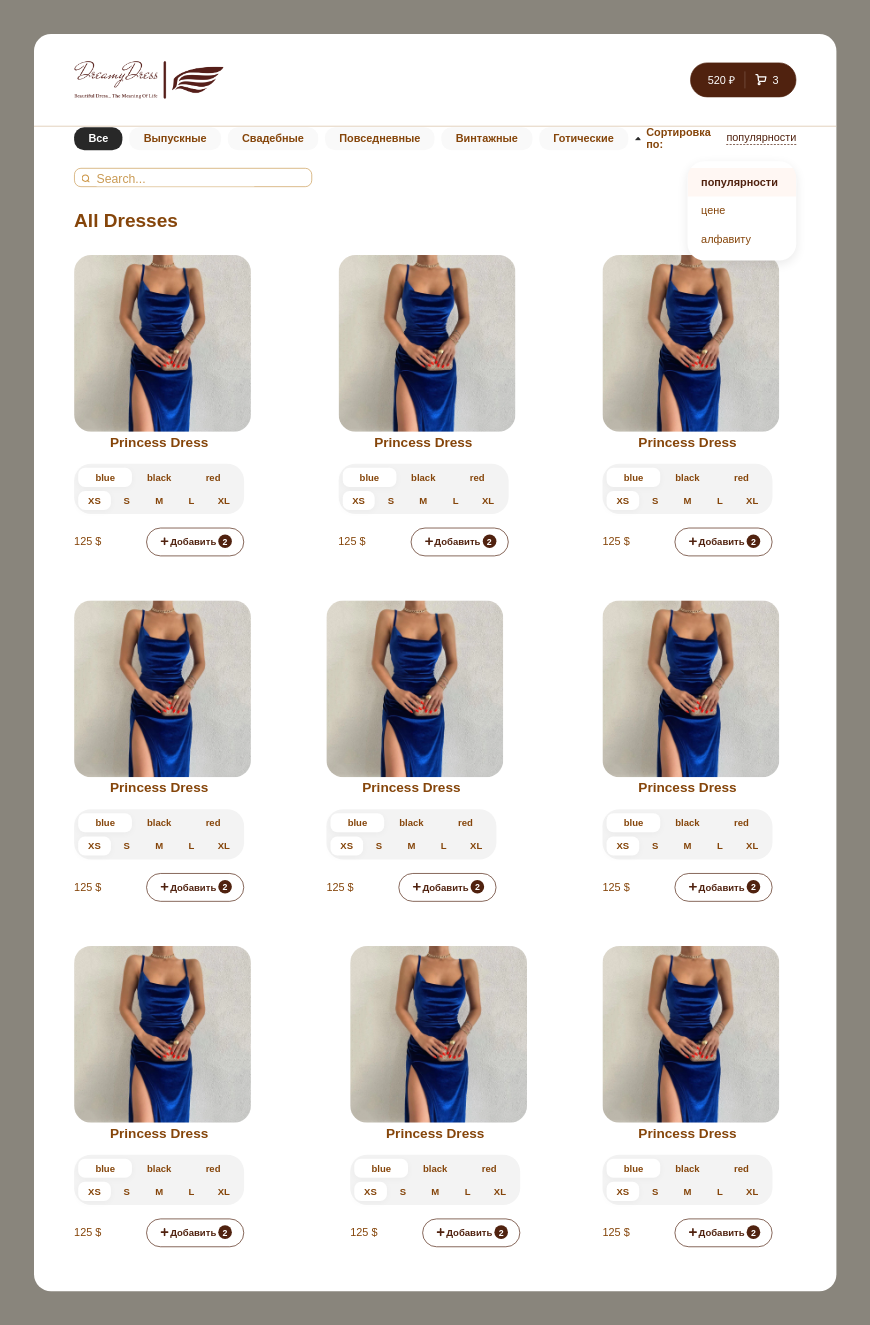
Repository: DisasterWoman/SPA-shop
Page: /
An editor plug-in stored every save of this project. The page is shown before and after the next save, followed by the edit.
The browser window is 1280 px wide. The pictures show the whole page, at 68% of full size.
Some web fonts or font styles are not loaded; a fallback is used. The project was rebuilt for these pictures with package versions that can differ from the ones it lists, and the page was loaded fresh each time.

Above is the page before, as saved 2022-11-29 18:17:08.

### src/App.js
import './scss/app.scss';
import Categories from './components/Categories/Categories';
import DressBlock from './components/DressBlock/DressBlock';
import Header from './components/Header/Header';
import Sort from './components/Sort/Sort';
import SearchBar from './components/SearchBar/SearchBar';

function App() {
  return (
    <div className="wrapper">
      <Header />
      <div className="content">
        <div className="container">
          <div className="content__top">
            <Categories />
            <Sort />
          </div>
          <SearchBar />
          <h2 className="content__title">All Dresses</h2>
          <div className="content__items">
            <DressBlock />
            <DressBlock />
            <DressBlock />
            <DressBlock />
            <DressBlock />
            <DressBlock />
            <DressBlock />
            <DressBlock />
            <DressBlock />
          </div>
        </div>
      </div>
    </div>
  );
}

export default App;

### src/scss/app.scss
@import 'variables.scss';
@import './libs/normalize.scss';
@import './all';

body {
  background-color: $background;
}

.wrapper {
  width: calc(100vw - 100px);
  height: 100%;
  background-color: #fff;
  margin: 50px auto;
  border-radius: 25px;
  max-width: 1400px;
}

.content {
  //padding: 40px 0;

  &__title {
    margin: 35px 0;
  }

  &__items {
    display: flex;
    flex-wrap: wrap;
    justify-content: space-between;
  }

  &__top {
    display: flex;
    align-items: center;
    justify-content: space-between;
  }
}

.container {
  width: $container-width;
  margin: 0 auto;

  &--cart {
    max-width: 820px;
    margin: 90px auto;
    .content__title {
      margin: 0;
    }
  }
}

.cart {
  &__top {
    display: flex;
    justify-content: space-between;
    align-items: center;
  }

  .content__title {
    display: flex;
    align-items: center;
    font-size: 32px;

    svg {
      position: relative;
      top: -2px;
      width: 30px;
      height: 30px;
      margin-right: 10px;
      path {
        stroke: $black;
        strokewidth: 1.9;
      }
    }
  }

  &__clear {
    display: flex;
    align-items: center;
    cursor: pointer;
    @include noselect();

    span {
      display: inline-block;
      margin-left: 7px;
      color: #b6b6b6;
      font-size: 18px;
    }

    span,
    svg,
    path {
      transition: all $duration ease-in-out;
    }

    &:hover {
      svg {
        path {
          stroke: darken($color: #b6b6b6, $amount: 50);
        }
      }
      span {
        color: darken($color: #b6b6b6, $amount: 50);
      }
    }
  }

  &__item {
    display: flex;
    width: 100%;
    border-top: 1px solid $gray-line;
    padding-top: 30px;
    margin-top: 30px;

    &-img {
      display: flex;
      align-items: center;
      margin-right: 15px;
      width: 10%;

      img {
        width: 80px;
        height: 80px;
      }
    }

    &-info {
      display: flex;
      flex-direction: column;
      justify-content: center;
      width: 40%;

      h3 {
        font-weight: bold;
        font-size: 22px;
        line-height: 27px;
        letter-spacing: 0.01em;
      }

      p {
        font-size: 18px;
        color: #8d8d8d;
      }
    }

    &-count {
      display: flex;
      align-items: center;
      justify-content: space-between;
      width: 13%;

      &-minus {
        svg {
          path:first-of-type {
            display: none;
          }
        }
      }

      b {
        font-size: 22px;
      }
    }

    &-price {
      display: flex;
      align-items: center;
      justify-content: center;
      width: 33%;

      b {
        font-weight: bold;
        font-size: 22px;
        letter-spacing: 0.01em;
      }
    }

    &-remove {
      display: flex;
      align-items: center;
      justify-content: flex-end;
      width: 4%;

      .button {
        border-color: darken($color: $gray-line, $amount: 10);
      }

      svg {
        transform: rotate(45deg);

        path {
          fill: darken($color: $gray-line, $amount: 15);
        }
      }

      .button {
        svg {
          width: 11.5px;
          height: 11.5px;
          position: relative;
        }
        &:hover,
        &:active {
          border-color: darken($color: $gray-line, $amount: 80);
          background-color: darken($color: $gray-line, $amount: 80);
        }
      }
    }
  }

  &__bottom {
    margin: 50px 0;

    &-details {
      display: flex;
      justify-content: space-between;

      span {
        font-size: 22px;

        &:last-of-type {
          b {
            color: $brown;
          }
        }
      }
    }

    &-buttons {
      display: flex;
      justify-content: space-between;
      margin-top: 40px;

      .go-back-btn {
        display: flex;
        align-items: center;
        justify-content: center;
        width: 210px;

        border-color: darken($color: $gray-line, $amount: 10);

        span {
          color: darken($color: $gray-line, $amount: 20);
          font-weight: 500;
          font-weight: 600;
        }

        &:hover {
          background-color: darken($color: $gray-line, $amount: 90);
          border-color: darken($color: $gray-line, $amount: 90);

          span {
            color: $gray-line;
          }
        }

        svg {
          margin-right: 12px;
          path {
            fill: transparent;
            strokewidth: 2;
          }
        }
      }

      .pay-btn {
        font-size: 16px;
        font-weight: 600;
        width: 210px;
        padding: 16px;
      }
    }
  }

  &--empty {
    margin: 0 auto;
    width: 560px;
    text-align: center;

    h2 {
      font-size: 32px;
      margin-bottom: 10px;
    }

    p {
      font-size: 18px;
      line-height: 145.4%;
      letter-spacing: 0.01em;
      color: #777777;
    }

    icon {
      position: relative;
      top: 2px;
    }

    img {
      display: block;
      width: 300px;
      margin: 45px auto 60px;
    }

    .button--black {
      padding: 12px 0 14px;
      width: 230px;
      margin: 0 auto;
      font-weight: 600;
      font-size: 18px;
    }
  }
}

### src/components/Categories/Categories.jsx
import React from 'react';

function Categories() {
  return (
    <div className="categories">
      <ul>
        <li className="active">Все</li>
        <li>Выпускные</li>
        <li>Свадебные</li>
        <li>Повседневные</li>
        <li>Винтажные</li>
        <li>Готические</li>
      </ul>
    </div>
  );
}

export default Categories;

### src/components/DressBlock/DressBlock.jsx
import React from 'react';
import { Button } from '../Button/Button';
import './_dress-block.scss';

function DressBlock() {
  return (
    <div className="dress-block">
      <img className="dress-block__image" src="/images/dresses/dress0-blue.webp" alt="Dress" />
      <h4 className="dress-block__title">Princess Dress</h4>
      <div className="dress-block__selector">
        <ul>
          <li className="active">blue</li>
          <li>black</li>
          <li>red</li>
        </ul>
        <ul>
          <li className="active">XS</li>
          <li>S</li>
          <li>M</li>
          <li>L</li>
          <li>XL</li>
        </ul>
      </div>
      <div className="dress-block__bottom">
        <div className="dress-blockk__price">125 $</div>
        <Button/>
      </div>
    </div>
  );
}

export default DressBlock;

### src/components/Header/Header.jsx
import React from 'react';
import './_header.scss';
function Header() {
  return (
    <div className="header">
      <div className="container">
        <div className="header__logo">
          <img width="220" src="/dreamy-dress.png" alt="logo" />
          <div></div>
        </div>
        <div className="header__cart">
          <a href="/cart.html" className="button button--cart">
            <span>520 ₽</span>
            <div className="button__delimiter"></div>
            <svg
              width="18"
              height="18"
              viewBox="0 0 18 18"
              fill="none"
              xmlns="http://www.w3.org/2000/svg"
            >
              <path
                d="M6.33333 16.3333C7.06971 16.3333 7.66667 15.7364 7.66667 15C7.66667 14.2636 7.06971 13.6667 6.33333 13.6667C5.59695 13.6667 5 14.2636 5 15C5 15.7364 5.59695 16.3333 6.33333 16.3333Z"
                stroke="white"
                strokeWidth="1.8"
                strokeLinecap="round"
                strokeLinejoin="round"
              />
              <path stroke="white" strokeWidth="1.8" strokeLinecap="round" strokeLinejoin="round" />
              <path
                d="M4.78002 4.99999H16.3334L15.2134 10.5933C15.1524 10.9003 14.9854 11.176 14.7417 11.3722C14.4979 11.5684 14.1929 11.6727 13.88 11.6667H6.83335C6.50781 11.6694 6.1925 11.553 5.94689 11.3393C5.70128 11.1256 5.54233 10.8295 5.50002 10.5067L4.48669 2.82666C4.44466 2.50615 4.28764 2.21182 4.04482 1.99844C3.80201 1.78505 3.48994 1.66715 3.16669 1.66666H1.66669"
                stroke="white"
                strokeWidth="1.8"
                strokeLinecap="round"
                strokeLinejoin="round"
              />
            </svg>
            <span>3</span>
          </a>
        </div>
      </div>
    </div>
  );
}

export default Header;

### src/components/Sort/Sort.jsx
import React from 'react';
import './_sort.scss';

function Sort() {
  return (
    <div className="sort">
      <div className="sort__label">
        <svg
          width="10"
          height="6"
          viewBox="0 0 10 6"
          fill="none"
          xmlns="http://www.w3.org/2000/svg"
        >
          <path
            d="M10 5C10 5.16927 9.93815 5.31576 9.81445 5.43945C9.69075 5.56315 9.54427 5.625 9.375 5.625H0.625C0.455729 5.625 0.309245 5.56315 0.185547 5.43945C0.061849 5.31576 0 5.16927 0 5C0 4.83073 0.061849 4.68424 0.185547 4.56055L4.56055 0.185547C4.68424 0.061849 4.83073 0 5 0C5.16927 0 5.31576 0.061849 5.43945 0.185547L9.81445 4.56055C9.93815 4.68424 10 4.83073 10 5Z"
            fill="#2C2C2C"
          />
        </svg>
        <b>Сортировка по:</b>
        <span>популярности</span>
      </div>
      <div className="sort__popup">
        <ul>
          <li className="active">популярности</li>
          <li>цене</li>
          <li>алфавиту</li>
        </ul>
      </div>
    </div>
  );
}

export default Sort;

### src/components/SearchBar/SearchBar.jsx
import React, {useState}  from 'react'
import './_searchBar.scss';
function SearchBar() {
  return (
    <div className="search-bar">
      <img
        className="search-bar__icon"
        alt="search"
        src="images/icons/search.svg"
        width={12}
        height={13}
      ></img>
      <input
        placeholder="Search..."
      ></input>
    </div>
  );
}

export default SearchBar

### src/scss/_variables.scss
$black: #85450a;
$background: #89857c;
$gray-line: #d5bda1;
$brown: #50220f;

$container-width: 90%;

$duration: 0.15s;

### src/scss/libs/_normalize.scss
@import url('https://fonts.googleapis.com/css2?family=Anek+Devanagari&display=swap');

*{
  padding: 0;
  margin: 0;
  list-style: none;
  outline: none;
  font-family: 'Anek Devanagari', sans-serif;
  box-sizing: border-box;
}

html {
  -ms-text-size-adjust: 100%;
  -webkit-text-size-adjust: 100%;
}

body {
  -moz-osx-font-smoothing: grayscale;
  -webkit-font-smoothing: antialiased;
  color: $black;
}

a,
span,
p,
b,
h1,
h2,
h3,
h4,
h5 {
  color: $black;
}

h1 {
  font-size: 48px;
}

h2 {
  font-weight: 600;
  font-size: 28px;
  line-height: 30px;
}

a {
  text-decoration: none;
}

@mixin noselect {
  -webkit-touch-callout: none; /* iOS Safari */
  -webkit-user-select: none; /* Safari */
  -khtml-user-select: none; /* Konqueror HTML */
  -moz-user-select: none; /* Old versions of Firefox */
  -ms-user-select: none; /* Internet Explorer/Edge */
  user-select: none; /* Non-prefixed version, currently
                                  supported by Chrome, Opera and Firefox */
}

### src/scss/_all.scss
@import '../components/Header/Header';
@import '../components/Button/button';
@import '../components/Categories/Categories';
@import '../components/Sort/Sort';
@import '../components/DressBlock/dress-block';

### src/components/Header/_header.scss
@import '../../../src/scss/variables';

.header {
  border-bottom: 1px solid $gray-line;
  padding: 40px 0;

  .container {
    display: flex;
    align-items: center;
    justify-content: space-between;
  }

  &__logo {
    display: flex;

    img {
      margin-right: 15px;
    }

    h1 {
      color: #181818;
      font-size: 24px;
      letter-spacing: 1%;
      text-transform: uppercase;
      font-weight: 800;
    }

    p {
      color: #7b7b7b;
    }
  }
}

### src/components/Button/_button.scss
@import '../../../src/scss/variables';

.button {
  display: inline-block;
  background-color: $brown;
  border-radius: 25px;
  padding: 10px 20px;
  min-width: 100px;
  text-align: center;
  cursor: pointer;
  transition: background-color $duration ease-in-out, border-color $duration ease-in-out;
  border: 1px solid transparent;

  &,
  span {
    color: #fff;
  }

  i,
  span,
  path,
  svg {
    transition: all $duration ease-in-out;
  }

  &:hover {
    background-color: darken($brown, 8%);
  }

  &:active {
    background-color: darken($brown, 12%);
    transform: translateY(1px);
  }

  &--circle {
    display: flex;
    align-items: center;
    justify-content: center;
    width: 30px;
    height: 30px;
    min-width: 30px;
    padding: 0;
    border-width: 2px;
  }

  &--black {
    background-color: $black;

    &:hover,
    &:active {
      background-color: lighten($color: $black, $amount: 10);
    }
  }

  &--outline {
    background-color: #fff;
    border-color: $brown;
    &,
    span {
      color: $brown;
    }

    svg {
      path {
        fill: $brown;
      }
    }

    &:hover {
      background-color: $brown;

      &,
      span {
        color: #fff;
      }

      svg {
        path {
          fill: #fff;
        }
      }
    }

    &:active {
      background-color: darken($brown, 8%);
    }
  }

  &__delimiter {
    width: 1px;
    height: 25px;
    background-color: rgba(255, 255, 255, 0.25);
    margin-left: 14px;
    margin-right: 14px;
  }

  &--add {
    svg {
      margin-right: 2px;
    }

    span {
      font-weight: 600;
      font-size: 14px;
    }

    &:hover {
      i {
        background-color: #fff;
        color: $brown;
      }
    }

    i {
      display: inline-block;
      border-radius: 30px;
      background-color: $brown;
      color: #fff;
      font-weight: 600;
      width: 20px;
      height: 20px;
      font-style: normal;
      font-size: 13px;
      line-height: 22px;
      position: relative;
      top: -1px;
      left: 3px;
    }
  }

  &--cart {
    display: flex;
    align-items: center;
    line-height: 23px;
    padding: 12px 25px;
    border-color: $brown;

    svg {
      margin-right: 8px;
      margin-bottom: 1px;
    }

    span {
      font-weight: 500;
      font-size: 16px;
    }
  }
}

### src/components/Categories/_categories.scss
@import '../../../src/scss/variables';

.categories {
  ul {
    display: flex;

    li {
      background-color: #f9f9f9;
      padding: 8px 21px;
      border-radius: 15px;
      margin-right: 10px;
      font-weight: bold;
      cursor: pointer;
      transition: background-color 0.1s ease-in-out;
      @include noselect();

      &:hover {
        background-color: darken(#f9f9f9, 2%);
      }

      &:active {
        background-color: darken(#f9f9f9, 5%);
      }

      &.active {
        background-color: #282828;
        color: #fff;
      }
    }
  }
}

### src/components/Sort/_sort.scss
@import '../../../src/scss/variables';

.sort {
  position: relative;
  &__label {
    display: flex;
    align-items: center;

    svg {
      margin-right: 8px;
    }

    b {
      margin-right: 8px;
    }

    span {
      color: $brown;
      border-bottom: 1px dashed $brown;
      cursor: pointer;
    }
  }

  &__popup {
    position: absolute;
    right: 0;
    margin-top: 15px;
    background: #ffffff;
    box-shadow: 0px 5px 15px rgba(0, 0, 0, 0.09);
    border-radius: 25px;
    overflow: hidden;
    padding: 10px 0;
    width: 160px;

    ul {
      overflow: hidden;
      li {
        padding: 12px 20px;
        cursor: pointer;

        &.active,
        &:hover {
          background: rgba(254, 95, 30, 0.05);
        }

        &.active {
          font-weight: bold;
          color: $brown;
        }
      }
    }
  }
}

### src/components/DressBlock/_dress-block.scss
@import '../../../src/scss/variables';

.dress-block {
  width: 250px;
  text-align: center;
  margin-bottom: 65px;

  &:not(:nth-of-type(4n)) {
    margin-right: 35px;
  }

  &__image {
    border-radius: 25px;
    width: 260px;
  }

  &__title {
    font-size: 20px;
    font-weight: 900;
    letter-spacing: 1%;
    margin-bottom: 20px;
  }

  &__selector {
    display: flex;
    background-color: #f3f3f3;
    border-radius: 25px;
    flex-direction: column;
    padding: 6px;

    ul {
      display: flex;
      flex: 1;

      &:first-of-type {
        margin-bottom: 6px;
      }

      li {
        padding: 6px;
        flex: 1;
        cursor: pointer;
        font-weight: 600;
        font-size: 14px;
        &.active {
          background: #ffffff;
          box-shadow: 0px 2px 11px rgba(0, 0, 0, 0.04);
          border-radius: 10px;
          cursor: auto;
        }
      }
    }
  }

  &__bottom {
    display: flex;
    align-items: center;
    justify-content: space-between;
    margin-top: 20px;
  }

  &__price {
    font-weight: bold;
    font-size: 22px;
    line-height: 27px;
    letter-spacing: 0.015em;
  }
}

### src/components/Button/Button.jsx
export const Button = () => {
    return (
      <div className="button button--outline button--add">
        <svg
          width="12"
          height="12"
          viewBox="0 0 12 12"
          fill="none"
          xmlns="http://www.w3.org/2000/svg"
        >
          <path
            d="M10.8 4.8H7.2V1.2C7.2 0.5373 6.6627 0 6 0C5.3373 0 4.8 0.5373 4.8 1.2V4.8H1.2C0.5373 4.8 0 5.3373 0 6C0 6.6627 0.5373 7.2 1.2 7.2H4.8V10.8C4.8 11.4627 5.3373 12 6 12C6.6627 12 7.2 11.4627 7.2 10.8V7.2H10.8C11.4627 7.2 12 6.6627 12 6C12 5.3373 11.4627 4.8 10.8 4.8Z"
            fill="white"
          />
        </svg>
        <span>Добавить</span>
        <i>2</i>
      </div>
    );
}

### src/components/SearchBar/_searchBar.scss
@import '../../../src/scss/variables';

.search-bar{
   width: 350px;
  margin-top: 25px;
  border: 1px solid #CA9B55;
  border-radius: 10px;
  padding: 0 10px;
  position: relative;
  &__icon{
    margin-right: 10px;
    margin-top: 8px;
  }
  input{
    font-size: 18px;
    outline-offset: 0;
    outline: none;
    border: none;
    color: #7e4e05;
  }
     ::placeholder {
      color: #CA9B55;
      opacity: 1;
    }

}

Loaded but not shown: public/index.html (common file); src/index.js (common file)

After the next save:
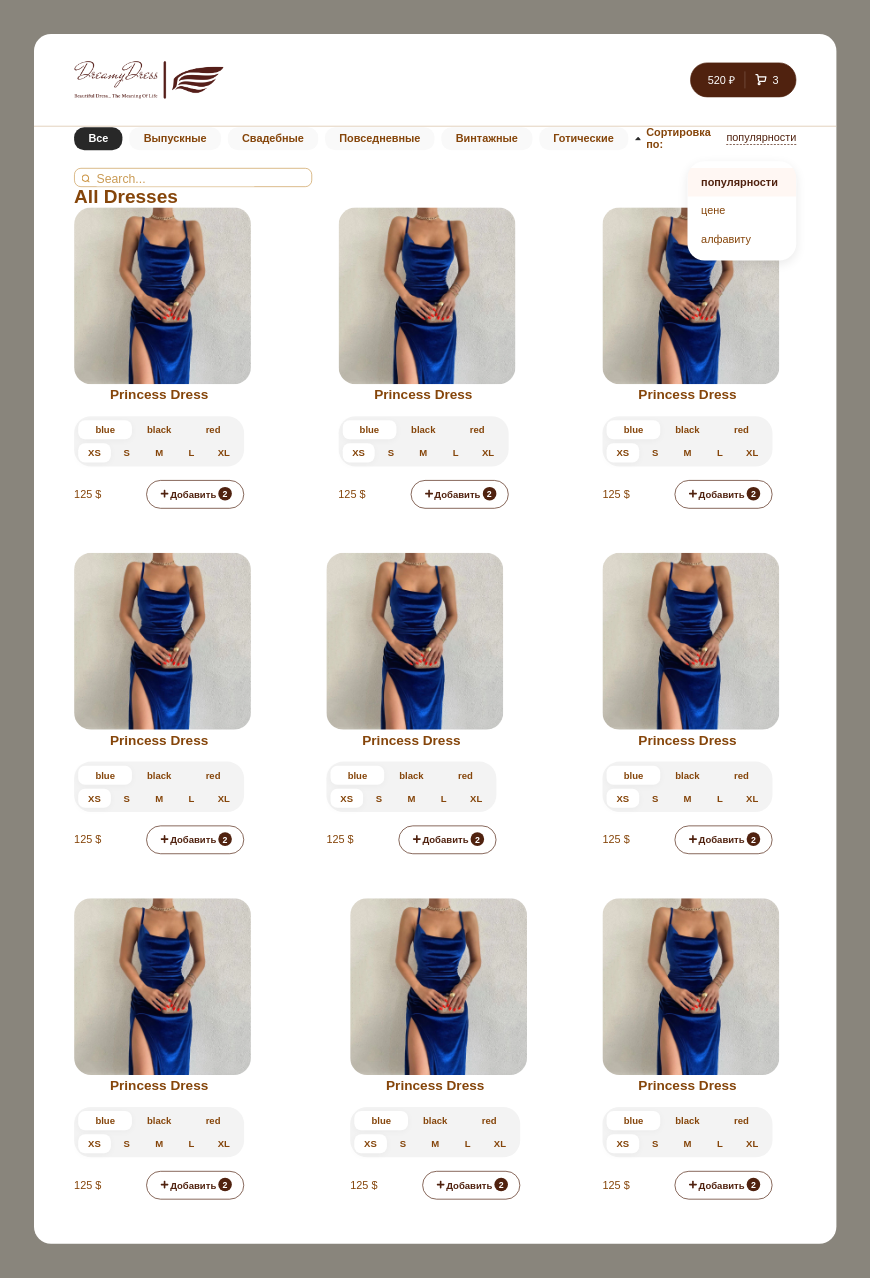
Saved 39 s later.
--- a/src/scss/app.scss
+++ b/src/scss/app.scss
@@ -19,7 +19,7 @@
   //padding: 40px 0;
 
   &__title {
-    margin: 35px 0;
+    //margin: 35px 0;
   }
 
   &__items {

After the save that followed:
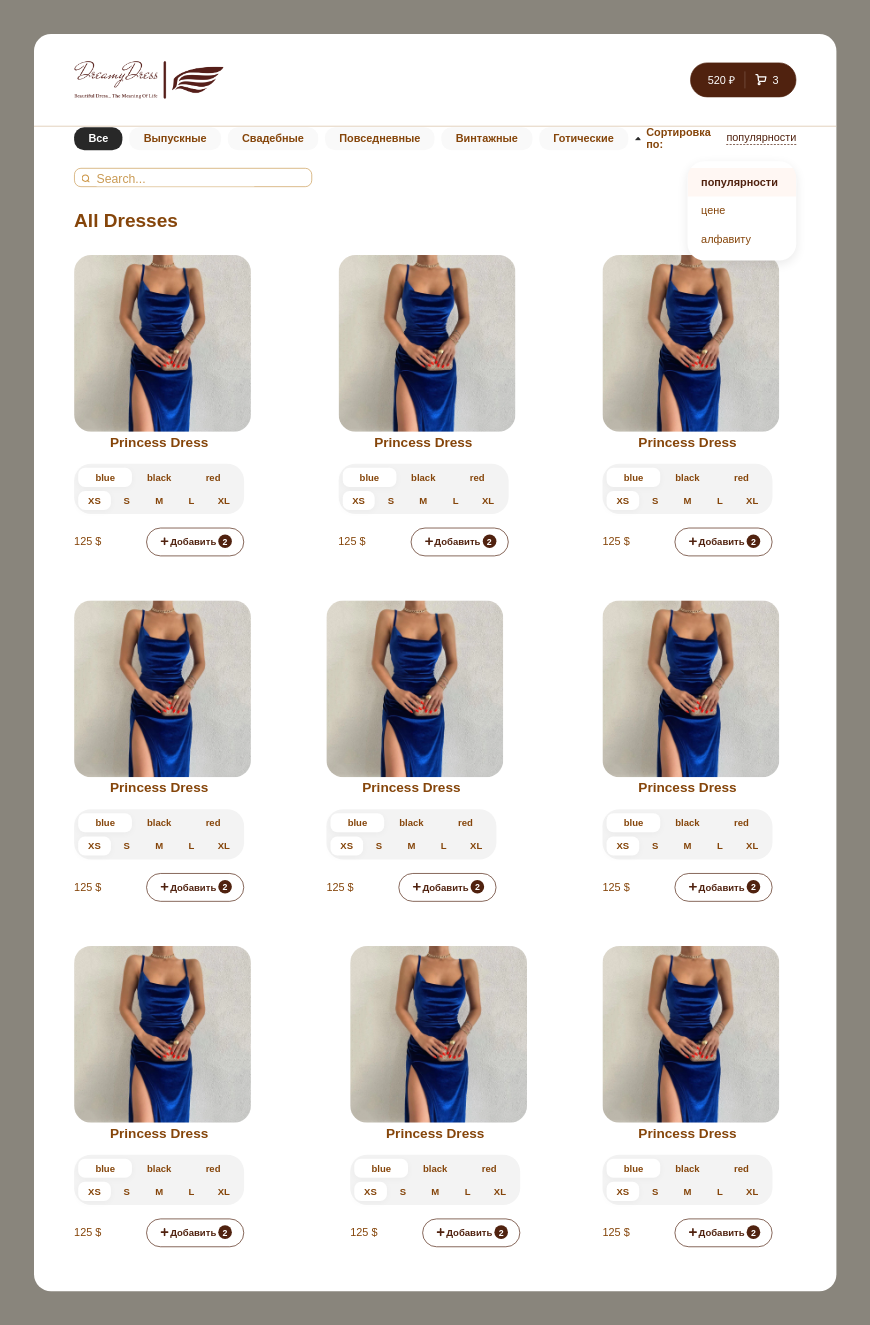
Saved 11 s later.
--- a/src/scss/app.scss
+++ b/src/scss/app.scss
@@ -19,7 +19,7 @@
   //padding: 40px 0;
 
   &__title {
-    //margin: 35px 0;
+    margin: 35px 0;
   }
 
   &__items {
